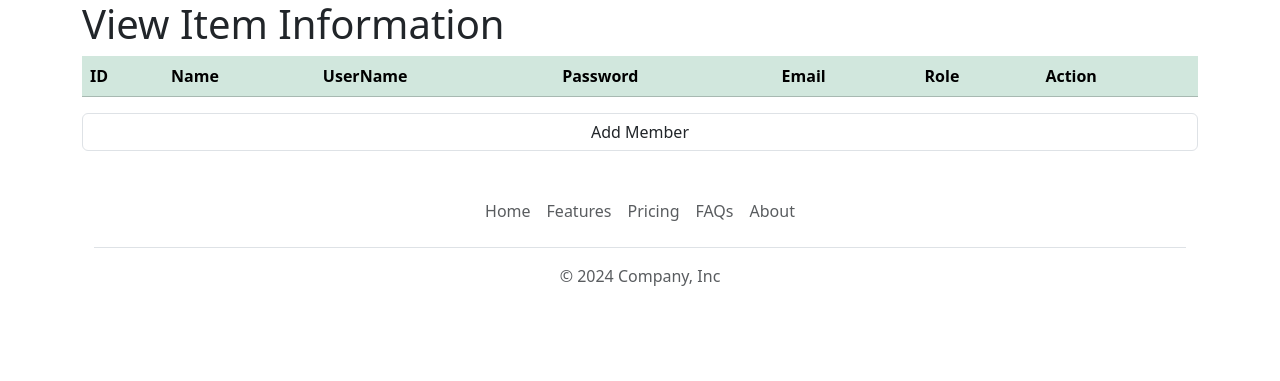
Repository: nyeinsu4520/coursera-test
Page: http://localhost/ViewMember
The author's editor kept a copy of each file at every save. The page is drawn from the files as they stood at one save, then again after the next save.
The browser window is 1280 px wide. The pictures show the whole page.
Some web fonts or font styles are not loaded; a fallback is used. The page is this project's Thymeleaf template; nobody is signed in. The template is opened directly, without the code that normally fills it, so the values that code supplies are empty.

Above is the page before, as saved 2024-05-30 17:04:35.

After the next save:
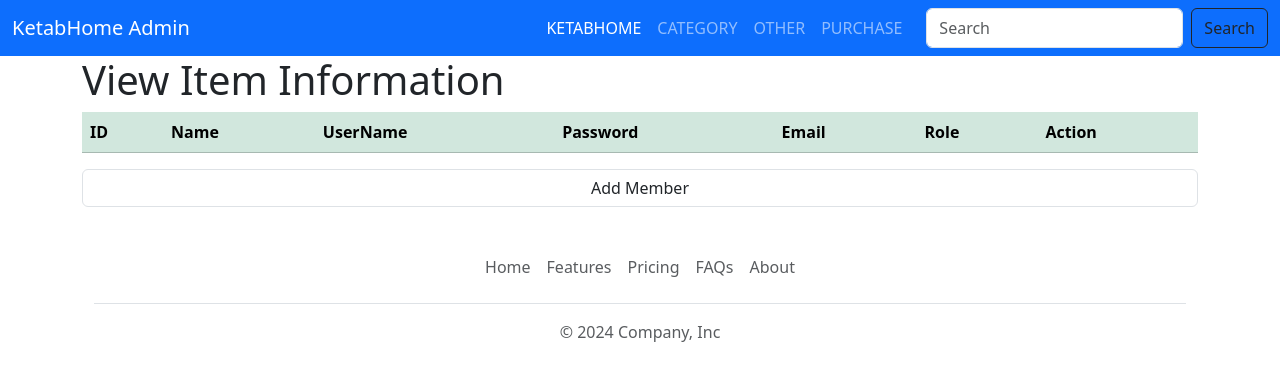
Saved 96 s later.
--- a/KetabHome/src/main/resources/templates/ViewMember.html
+++ b/KetabHome/src/main/resources/templates/ViewMember.html
@@ -10,7 +10,7 @@
 </head>
 <body>
 
-
+<div th:replace="fragment/header"></div>
 
 <div class="container">
 <h1 >View Item Information</h1>
